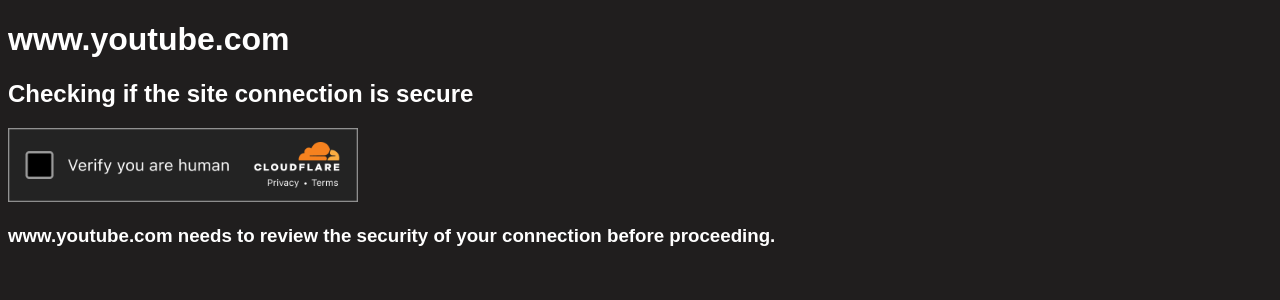
Repository: estech321/CAPTCHA-RickRoll
Page: index.html
These files come from the project's save history. The page is drawn as it stood at one moment and after the next save; the edit follows.
The browser window is 1280 px wide. The pictures show the whole page.

Above is the page before, as saved 2023-12-29 23:30:32.

### index.html
<!DOCTYPE html>
<html>
<head>
    <meta charset="UTF-8" />
    <title>Just a moment...</title>
    <link rel="preconnect" href="https://fonts.googleapis.com">
    <link rel="preconnect" href="https://fonts.gstatic.com" crossorigin>
    <link href="https://fonts.googleapis.com/css2?family=Inter&display=swap" rel="stylesheet">
    <style>
        body {
            font-family: '', sans-serif;
            color: rgb(255, 255, 255);
            background-color: #201E1E;
        }
    </style>
</head>
<body>
    <h1>www.youtube.com</h1>
    <h2>Checking if the site connection is secure</h2>
    <a href="https://bit.ly/rryt"><img src="verify.png" width="350" height="auto"/></a>
    <h3>www.youtube.com needs to review the security of your connection before proceeding.</h3>
</body>
</html>

After the next save:
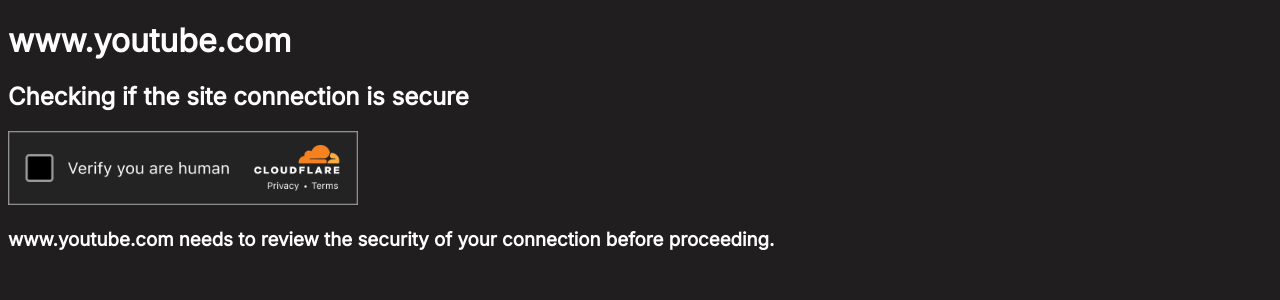
Saved 5 s later.
--- a/index.html
+++ b/index.html
@@ -8,7 +8,7 @@
     <link href="https://fonts.googleapis.com/css2?family=Inter&display=swap" rel="stylesheet">
     <style>
         body {
-            font-family: '', sans-serif;
+            font-family: 'Inter', sans-serif;
             color: rgb(255, 255, 255);
             background-color: #201E1E;
         }
